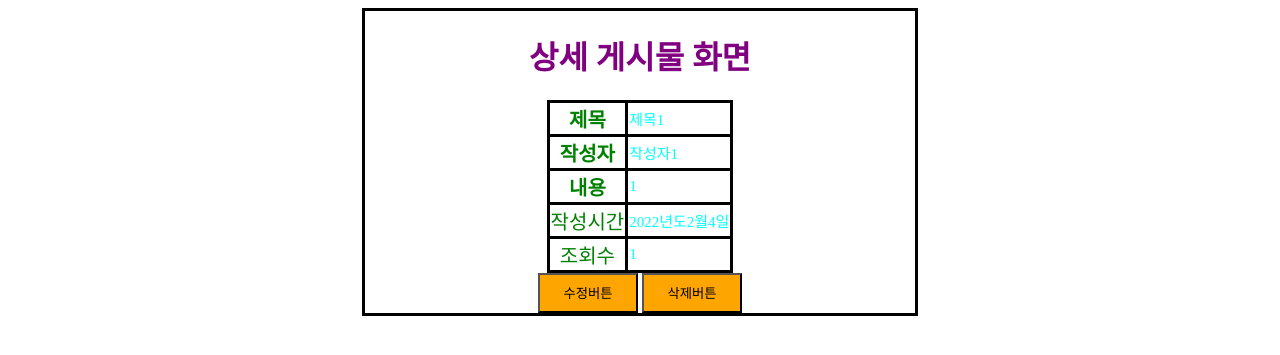
Repository: kwan9069/workspace
Page: CSS/src/main/webapp/boardcontents.html
An editor plug-in stored every save of this project. The page is shown before and after the next save, followed by the edit.
The browser window is 1280 px wide. The pictures show the whole page.

Above is the page before, as saved 2022-11-25 11:27:29.

### CSS/src/main/webapp/boardcontents.html
<!DOCTYPE html>
<html>
<head>
<meta charset="UTF-8">
<title>Insert title here</title>
<style>
#box {color:purple;
border:3px solid black;
width:550px;
height:100%;
margin:auto;
text-align:center;
}
table,td,th{border:3px solid black;
text-align: center;
border-collapse: collapse;
margin:auto;
text-decoration:none; }
.lefts{
color:green;
font-weight:bold;
font-size:20px;
margin: auto;}
.left{color:green;
margin: auto;
font-size:20px;
}
.right{color:aqua;
text-align:left;
font-size:15px;
}
/* .fix .button{
    background-color: orange;
    border: 3px solid black;
display:inline-block;
width:130px;
background-color:orange
;height:70px;} */

</style>
</head>
<body>
<div id='box'>
<h1>상세 게시물 화면</h1>
<table>
<tr><td class='lefts'>제목</td><td class='right'>제목1</td></tr>
<tr><td class='lefts'>작성자</td><td class='right'>작성자1</td></tr>
<tr><td class='lefts'>내용</td><td class='right'>1</td></tr>
<tr><td class='left'>작성시간</td><td class='right'>2022년도2월4일</td></tr>
<tr><td class='left'>조회수</td><td class='right'>1</td></tr>
</table>
<div class='fix'>
<input type='button' value='수정버튼' style='background-color:orange; width:100px; height:40px ; margin=auto;'>
<input type='button' value='삭제버튼'style='background-color:orange; width:100px; height:40px; margin=auto;'>
</div>
</div>


</body>
</html>

After the next save:
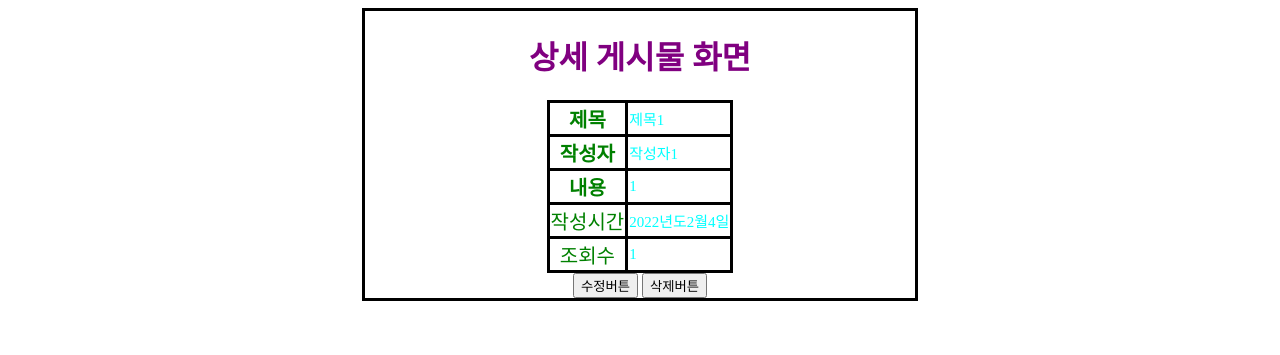
Saved 52 s later.
--- a/CSS/src/main/webapp/boardcontents.html
+++ b/CSS/src/main/webapp/boardcontents.html
@@ -37,6 +37,8 @@ width:130px;
 background-color:orange
 ;height:70px;} */
 
+button{style='background-color:orange; width:100px; height:40px ; margin=auto;'
+}
 </style>
 </head>
 <body>
@@ -49,9 +51,8 @@ background-color:orange
 <tr><td class='left'>작성시간</td><td class='right'>2022년도2월4일</td></tr>
 <tr><td class='left'>조회수</td><td class='right'>1</td></tr>
 </table>
-<div class='fix'>
-<input type='button' value='수정버튼' style='background-color:orange; width:100px; height:40px ; margin=auto;'>
-<input type='button' value='삭제버튼'style='background-color:orange; width:100px; height:40px; margin=auto;'>
+<input type='button' value='수정버튼' >
+<input type='button' value='삭제버튼'>
 </div>
 </div>
 
